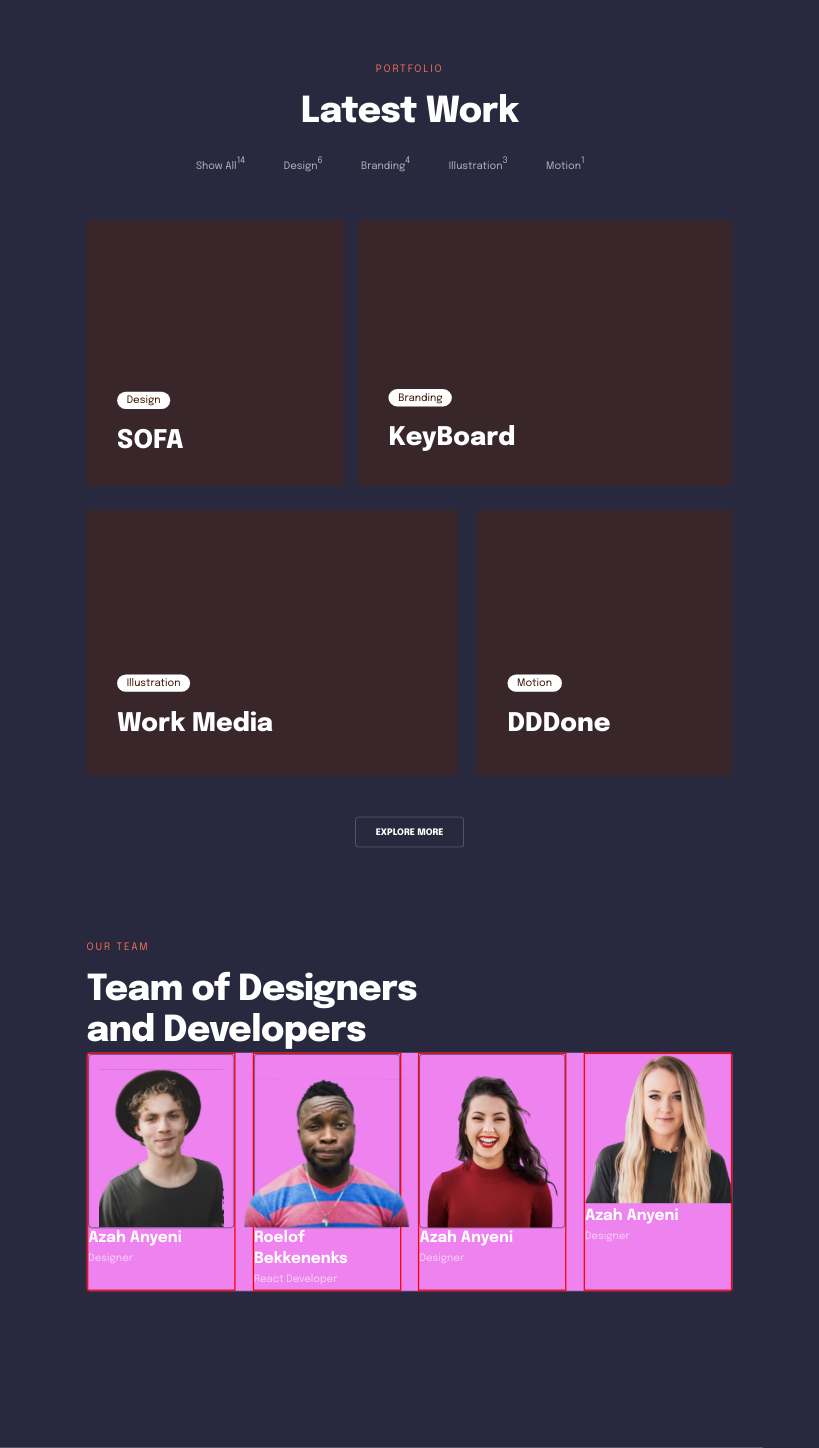
Repository: FidanXankishiyeva/figma-positions-task
Page: index.html
An editor plug-in stored every save of this project. The page is shown before and after a run of saves, followed by the edit.
The browser window is 1280 px wide. The pictures show the whole page, at 64% of full size.

Above is the page before, as saved 2023-08-10 13:49:21.

After the next 4 saves:
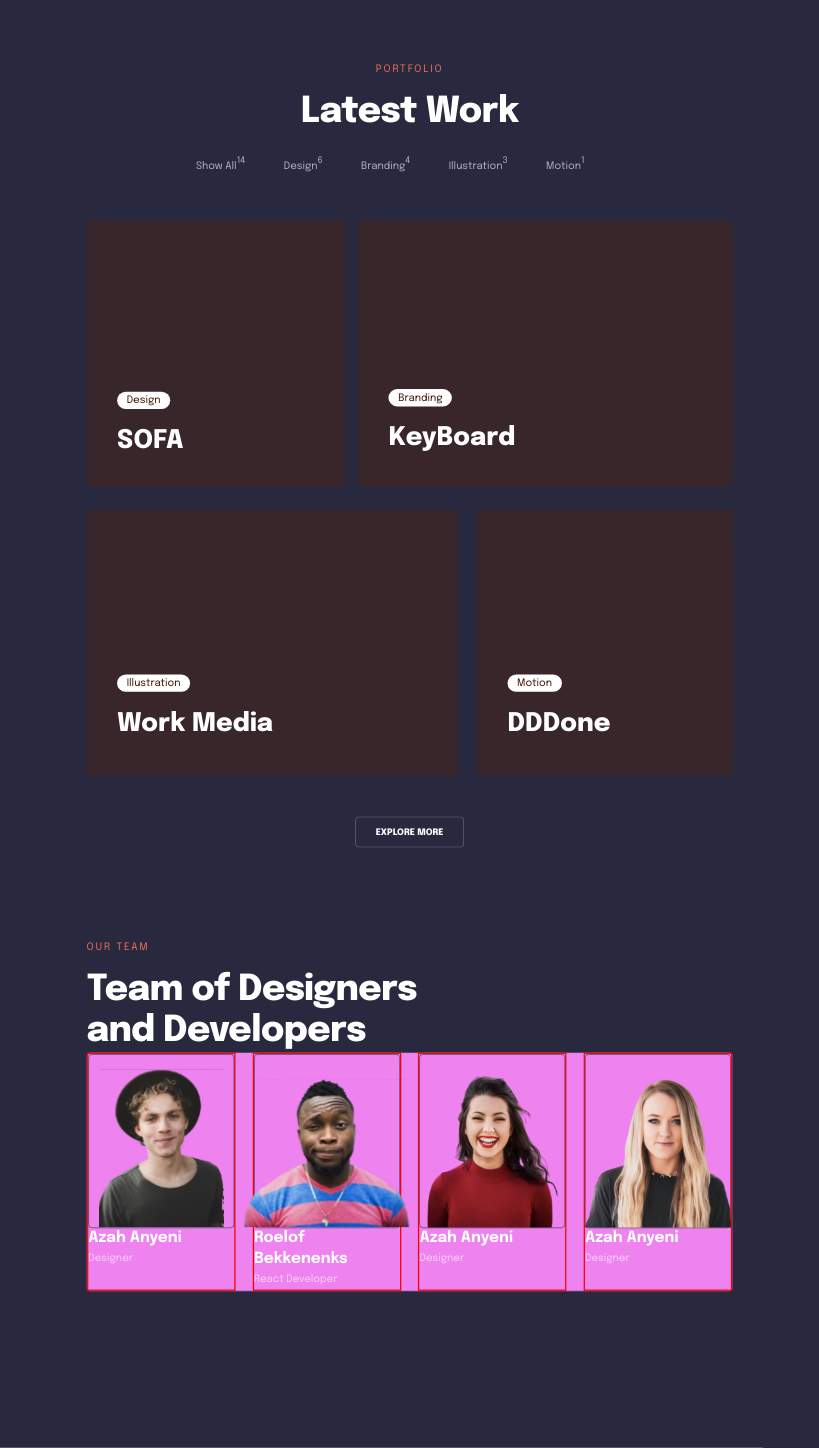
The 4 saves are shown as one change because they came seconds apart.
The last was saved 16 s later.
--- a/index.html
+++ b/index.html
@@ -108,7 +108,9 @@
                         <h6>Designer</h6>
                     </li>
                     <li>
-                        <img src="./photo/Bitmap (1).png" alt="">
+                        <div>
+                            <img src="./photo/Bitmap (1).png" alt="">
+                        </div>
                         <h5>Azah Anyeni</h5>
                         <h6>Designer</h6>
                     </li>
